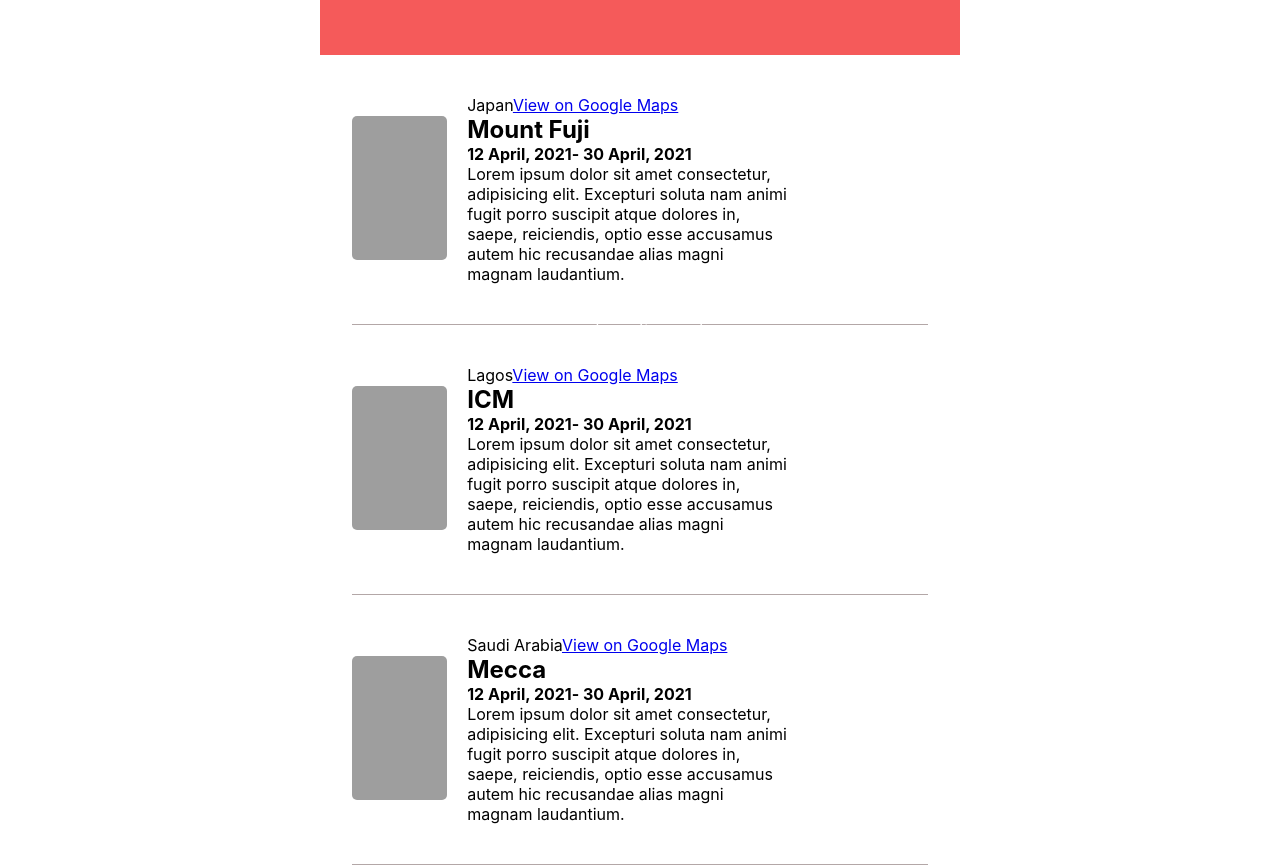
Repository: BuduCE/travel-journal
Page: /
An editor plug-in stored every save of this project. The page is shown before and after the next save, followed by the edit.
The browser window is 1280 px wide. The pictures show the whole page.
Pictures or frames that could not be fetched are drawn as grey boxes. The project was rebuilt for these pictures with package versions that can differ from the ones it lists, and the page was loaded fresh each time.

Above is the page before, as saved 2022-08-25 13:35:56.

After the next save:
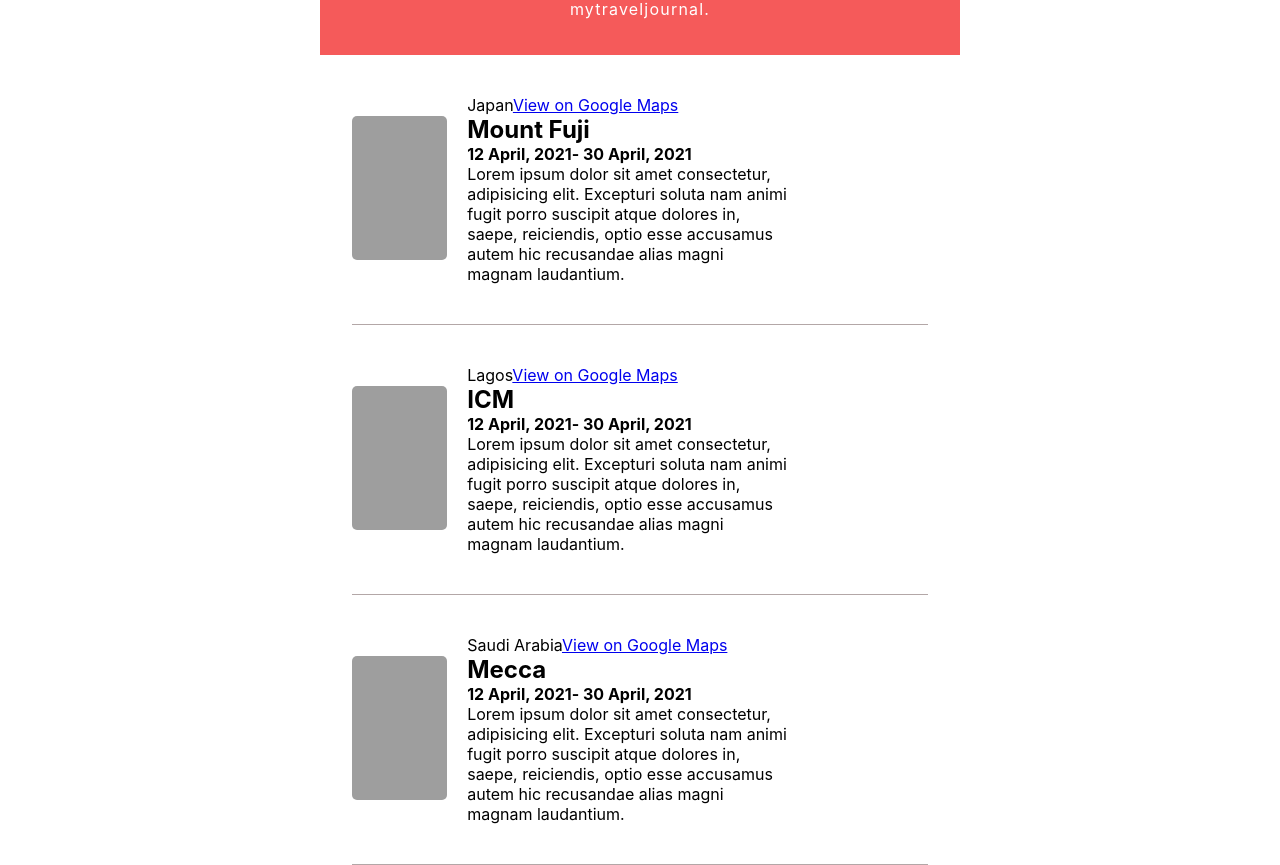
Saved 17 s later.
--- a/src/components/Home/styles.css
+++ b/src/components/Home/styles.css
@@ -10,5 +10,5 @@
     color: #fff;
 }
 .Home > p{
-    padding-top: 50%;
+    padding-top: ;
 }
